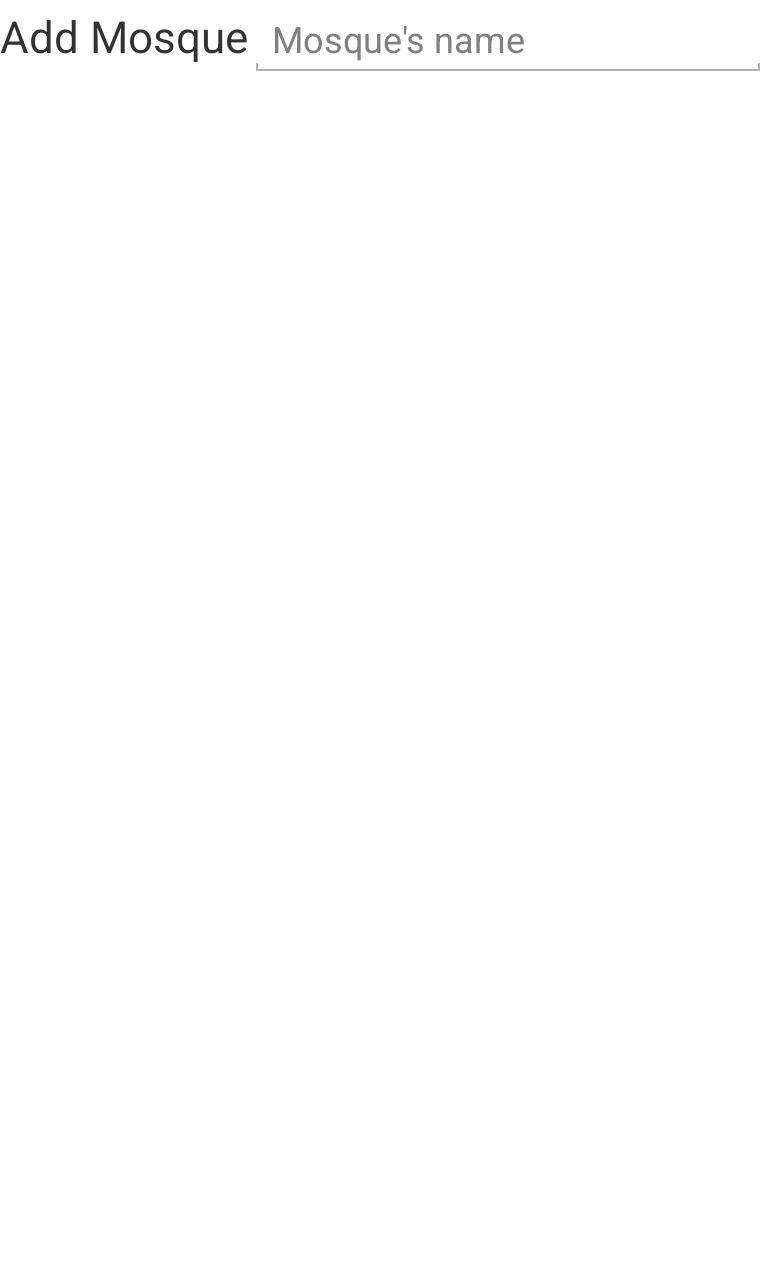
Repository: Osamah/Afstudeerwerk
Layout: NativeApp/SecondPillar/res/layout/activity_addmosque.xml
The author's editor kept a copy of each file at every save. The layout is drawn from the files as they stood at one save, then again after the next save.
It is drawn on a 768 x 1280 px phone screen (xhdpi) without system bars, with theme AppTheme; the app's code is not run.

Above is the layout before, as saved 2012-12-31 14:43:24.

After the next save:
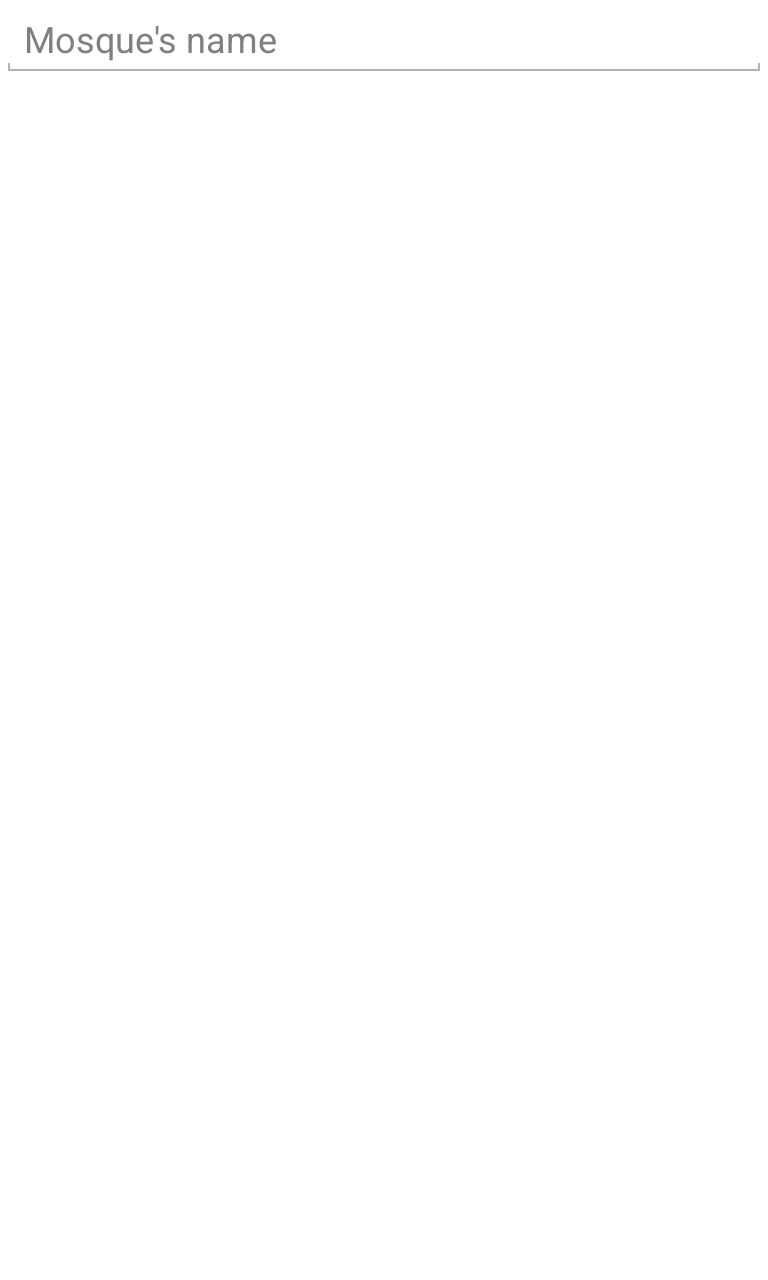
Saved 20 s later.
--- a/NativeApp/SecondPillar/res/layout/activity_addmosque.xml
+++ b/NativeApp/SecondPillar/res/layout/activity_addmosque.xml
@@ -18,7 +18,8 @@
 		    android:layout_width="wrap_content"
 		    android:layout_height="wrap_content"
 		    android:text="@string/lblAddMosque"
-		    android:textSize="10pt">
+		    android:textSize="10pt"
+		    android:layout_weight="1">
 		</TextView>
 
         <EditText
